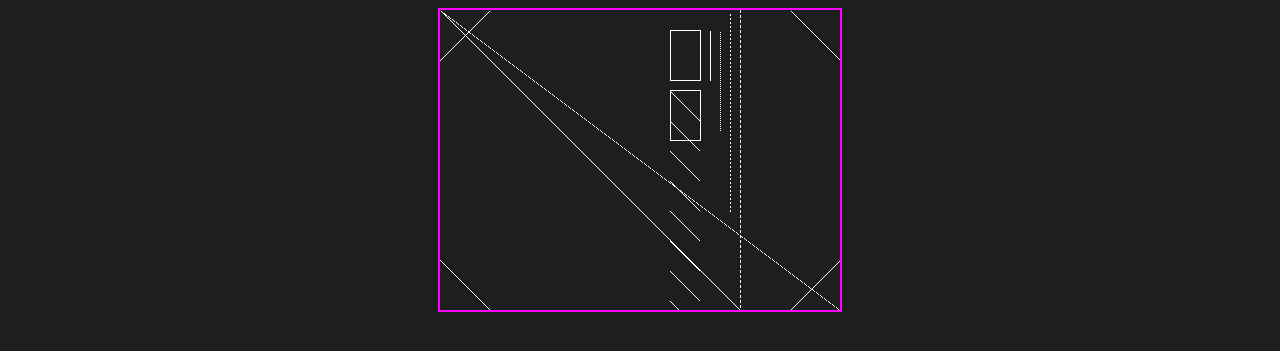
Repository: StarLightGX/miao
Page: paint.html
An editor plug-in stored every save of this project. The page is shown before and after the next save, followed by the edit.
The browser window is 1280 px wide. The pictures show the whole page.

Above is the page before, as saved 2020-11-12 20:44:35.

### paint.html
<!DOCTYPE html>
<html lang="en">
  <head>
    <meta charset="UTF-8" />
    <title>画图</title>
    <style>
      html {
        background-color: rgb(30, 30, 30);
      }
      canvas {
        border: 2px solid #f0f;
        display: block;
        margin: auto;
      }
    </style>
  </head>
  <body>
    <canvas width="400" height="300"></canvas>
  </body>
  <script>
    var canvas = document.querySelector("canvas");
    canvas.style.imageRendering = "pixelated";
    var ctx = canvas.getContext("2d");

    function dot(x, y, color = "white") {
      x = x | 0;
      y = y | 0;
      ctx.fillStyle = color;
      ctx.fillRect(x, y, 1, 1);
    }

    function line(x1, y1, x2, y2) {
      ctx.strokeStyle = "black";
      ctx.moveTo(x1, y1);
      ctx.lineTo(x2, y2);
      ctx.stroke();
    }
    /**
   * YOUR TASK
画图的题：
画一条实线
画一条一个实点一个空点的虚线
画一条两个实点两个空点的虚线
画一条三个实点两个空点的虚线
画一条45度的斜线
画一条30度的斜线（选做）
在四个角画分别画一条45度的斜线以让画面看起来像一个相框
画一条跨越画布左上角和右下角的对角线
画一个空心矩形
画一个实心矩形
画一个rgb色彩空间的某一面
画一个空心的圆
画一个实心的圆
画一个大小合适的sin(x)的图像
   */
  </script>
  <script>
    // YOUR CODE GOES BELOW
    var x = 1;
    var y = 1;
    var i = 0;

    // 画一条实线
    y = 20;
    for (i = 0; i < 50; i++) {
      y = y + 1;
      x = 270;
      dot(x, y);
    }

    // 画一条一个实点一个空点的虚线
    y = 20;
    for (i = 0; i < 50; i++) {
      y = y + 2;
      x = 280;
      dot(x, y);
    }

    // 画一条两个实点两个空点的虚线

    for (i = 0; i < 50; i++) {
      y = 4 * (i + 1);
      x = 290;
      dot(x, y);
    }

    for (i = 0; i < 50; i++) {
      y = 4 * (i + 1) + 1;
      x = 290;
      dot(x, y);
    }

    // 画一条三个实点两个空点的虚线

    for (i = 0; i < 100; i++) {
      y = 5 * (i + 1);
      x = 300;
      dot(x, y - 10);
    }

    for (i = 0; i < 100; i++) {
      y = 5 * (i + 1) + 1;
      x = 300;
      dot(x, y - 10);
    }

    for (i = 0; i < 100; i++) {
      y = 5 * (i + 1) + 2;
      x = 300;
      dot(x, y - 10);
    }

    // 画一条45度的斜线
    y = 0;
    for (i = 0; i < 1050; i++) {
      y = y + 1;
      x = y;
      dot(x, y);
    }
    // 画一条30度的斜线（选做）
    y = 0;
    for (i = 0; i < 1050; i++) {
      y = y + 1;
      x = y;
      dot(x, y);
    }
    // 在四个角画分别画一条45度的斜线以让画面看起来像一个相框
    y = 0;
    for (i = 0; i < 1050; i++) {
      y = y + 1;
      x = y;
      dot(x - 250, y);
    }
    y = 0;
    for (i = 0; i < 1050; i++) {
      y = y + 1;
      x = y;
      dot(x + 350, y);
    }
    y = 0;
    for (i = 0; i < 1050; i++) {
      y = y + 1;
      x = -y;
      dot(x + 50, y);
    }
    y = 0;
    for (i = 0; i < 1050; i++) {
      y = y + 1;
      x = -y;
      dot(x + 650, y);
    }

    // 画一条跨越画布左上角和右下角的对角线
    y = 0;
    for (i = 0; i < 500; i++) {
      y = y + 1;
      x = (4 / 3) * y;
      dot(x, y);
    }
    // 画一个空心矩形
    y = 20;
    for (i = 0; i < 50; i++) {
      y = y + 1;
      x = 260;
      dot(x, y);
    }
    y = 20;
    for (i = 0; i < 50; i++) {
      y = y + 1;
      x = 230;
      dot(x, y);
    }
    y = 20;
    for (i = 0; i < 31; i++) {
      y = y + 1;
      x = 30;
      dot(y + 209, x - 10);
    }
    y = 20;
    for (i = 0; i < 31; i++) {
      y = y + 1;
      x = 30;
      dot(y + 209, x + 40);
    }
    // 画一个实心矩形
    y = 80;
    for (i = 0; i < 50; i++) {
      y = y + 1;
      x = 260;
      dot(x, y);
    }
    y = 80;
    for (i = 0; i < 50; i++) {
      y = y + 1;
      x = 230;
      dot(x, y);
    }
    y = 20;
    for (i = 0; i < 31; i++) {
      y = y + 1;
      x = 30;
      dot(y + 209, x + 50);
    }
    y = 20;
    for (i = 0; i < 31; i++) {
      y = y + 1;
      x = 30;
      dot(y + 209, x + 100);
    }

    y = 80;
    x = 230;
    for (i = 0; i < 50; i++) {
      for (x = 230; x < 260; x++) {
        y = y + 1;
        x = x;
        dot(x, y);
      }
    }

    // 画一个rgb色彩空间的某一面

    // 画一个空心的圆

    // 画一个实心的圆

    // 画一个大小合适的sin(x)的图像
  </script>
</html>

After the next save:
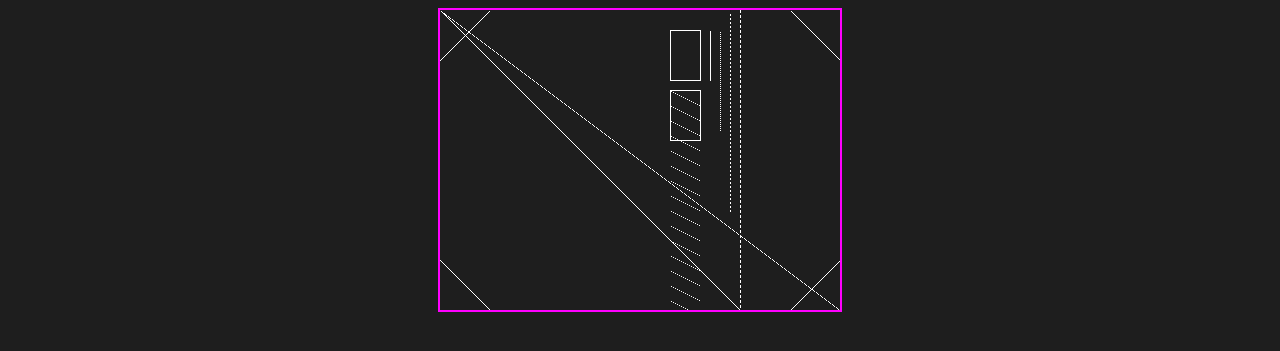
Saved 8 s later.
--- a/paint.html
+++ b/paint.html
@@ -210,10 +210,11 @@
 
     y = 80;
     x = 230;
+
     for (i = 0; i < 50; i++) {
       for (x = 230; x < 260; x++) {
         y = y + 1;
-        x = x;
+        x = x + 1;
         dot(x, y);
       }
     }
